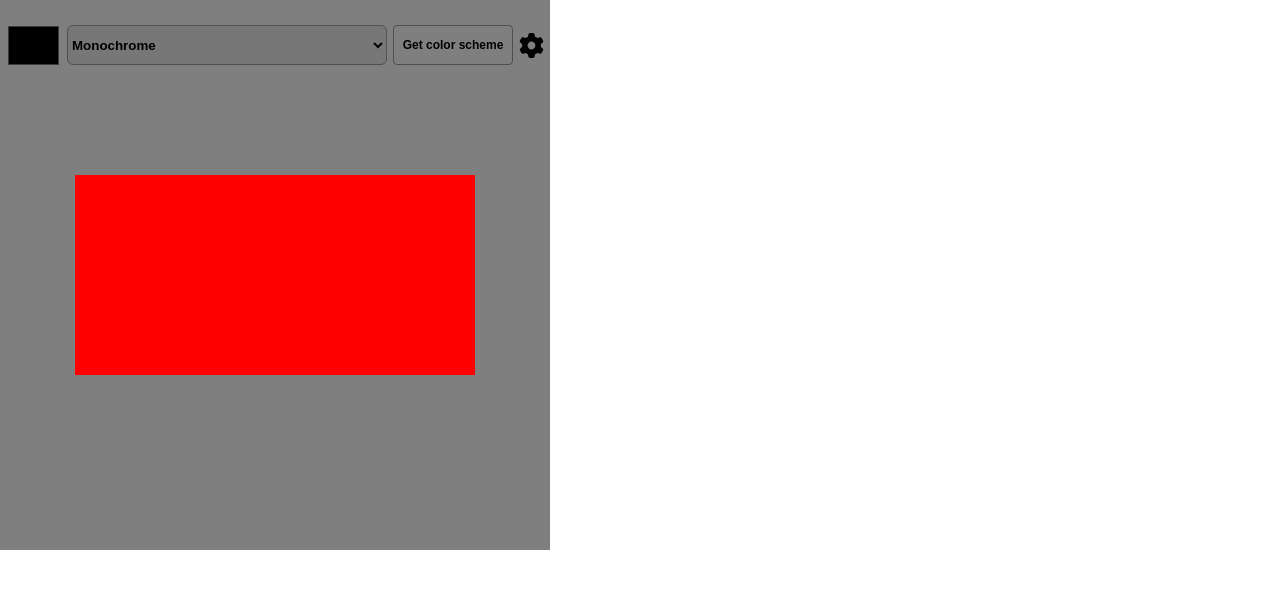
Repository: RadziSzop/colorPicker
Page: index.html
These files come from the project's save history. The page is drawn as it stood at one moment and after the next save; the edit follows.
The browser window is 1280 px wide. The pictures show the whole page.

Above is the page before, as saved 2022-03-04 23:00:02.

### index.html
<!DOCTYPE html>
<html lang="en">
  <head>
    <meta charset="UTF-8" />
    <meta http-equiv="X-UA-Compatible" content="IE=edge" />
    <meta name="viewport" content="width=device-width, initial-scale=1.0" />
    <link rel="stylesheet" href="style.css" />
    <link rel="preconnect" href="https://fonts.googleapis.com" />
    <link rel="preconnect" href="https://fonts.gstatic.com" crossorigin />
    <link
      href="https://fonts.googleapis.com/css2?family=Roboto:wght@400;700&display=swap"
      rel="stylesheet"
    />
    <title>Document</title>
  </head>
  <body>
    <!-- <p id="test">ok</p> -->
    <div class="container">
      <div class="modal">
        <div class="settings"></div>
      </div>
      <div class="main">
        <input type="color" id="color-picker" />
        <select id="menu">
          <option value="Monochrome">Monochrome</option>
          <option value="Monochrome-dark">Monochrome-dark</option>
          <option value="Monochrome-light">Monochrome-light</option>
          <option value="Analogic">Analogic</option>
          <option value="Complement">Complement</option>
          <option value="Analogic-complement">Analogic-complement</option>
          <option value="Triad">Triad</option>
        </select>
        <button id="submit-button">Get color scheme</button>
        <!-- <button id="settings-button">Settings</button> -->
        <div class="gear">
          <img src="images/gear-solid.svg" alt="" />
        </div>
      </div>
      <div class="colors">
        <div class="colorBox" id="color1"></div>
        <div class="colorBox" id="color2"></div>
        <div class="colorBox" id="color3"></div>
        <div class="colorBox" id="color4"></div>
        <div class="colorBox" id="color5"></div>
      </div>
      <div class="color_values">
        <div class="valueBox"><p id="value1"></p></div>
        <div class="valueBox"><p id="value2"></p></div>
        <div class="valueBox"><p id="value3"></p></div>
        <div class="valueBox"><p id="value4"></p></div>
        <div class="valueBox"><p id="value5"></p></div>
      </div>
    </div>

    <script src="main.js"></script>
  </body>
</html>

### style.css
* {
  box-sizing: border-box;
}
img {
  height: 100%;
  width: 100%;
}

html {
  font-family: "Roboto", sans-serif;
}
html,
body {
  margin: 0;
  padding: 0;
}
select {
  width: 320px;
  height: 40px;
  border-radius: 6px;
  font-weight: 700;
  border: 1px rgb(160, 160, 160) solid;
}
button {
  width: 120px;
  height: 40px;
  font-size: 12px;
  background-color: white;
  border: 1px rgb(160, 160, 160) solid;
  border-radius: 4px;
  font-weight: 700;
  cursor: pointer;
  transition: transform 0.2s;
}
.buttonClick {
  transform: scale(1.1);
}
option {
  padding-top: 5px;
}
.container {
  width: 550px;
  height: 550px;
  display: flex;
  flex-direction: column;
}
.main {
  height: 90px;
  width: 100%;
  background-color: rgb(255, 255, 255);
  display: flex;
  justify-content: space-evenly;
  align-items: center;
}
.gear {
  height: 25px;
  width: 25px;
}

.colors {
  height: 415px;
  display: flex;
}
.colorBox {
  width: 20%;
  height: 100%;
  background-color: rgb(255, 255, 255);
  transition: background 1s;
  /* border: 1px black solid; */
}
.color_values {
  height: 45px;
  display: flex;
  /* background-color: gray; */
}
.valueBox {
  height: 100%;
  width: 20%;
  /* border: 1px solid black; */
  display: flex;
  justify-content: center;
  align-items: center;
  font-weight: 700;
}
#color-picker {
  padding: 0;
  margin: 0;
  height: 47px;
  width: 55px;
  border: none;
  outline: none;
  -webkit-appearance: none;
  background-color: white;
}

/* modal */

.modal {
  display: flex;
  justify-content: center;
  align-items: center;
  position: fixed;
  height: 550px;
  width: 550px;
  background-color: rgba(0, 0, 0, 0.5);
}

.settings {
  height: 200px;
  width: 400px;
  background-color: red;
}

### main.js
let colorEl1 = document.querySelector("#color1")
let colorEl2 = document.querySelector("#color2")
let colorEl3 = document.querySelector("#color3")
let colorEl4 = document.querySelector("#color4")
let colorEl5 = document.querySelector("#color5")
let valueEl1 = document.querySelector("#value1")
let valueEl2 = document.querySelector("#value2")
let valueEl3 = document.querySelector("#value3")
let valueEl4 = document.querySelector("#value4")
let valueEl5 = document.querySelector("#value5")
let submitBtnEl = document.querySelector("#submit-button")
let settingsBtnEl = document.querySelector("#settings-button")
let colorPicerEl = document.querySelector("#color-picker")
let menuEl = document.querySelector("#menu")

let testEl = document.querySelector("#test")
let apiData
//     chrome.storage.sync.get('foo', function(items) {
//         testEl.textContent =  JSON.stringify(items);
//       });



submitBtnEl.addEventListener("click", getingColors)

function getingColors(){
    let color = colorPicerEl.value.slice(1)
    let type = menuEl.value.toLowerCase()

    // chrome.storage.sync.set({'foo': color}, function() {
    //     console.log('Settings saved');
    //   });

    fetch(`https://www.thecolorapi.com/scheme?hex=${color}&mode=${type}`)
    .then(response => response.json())
    .then(json => {
        apiData = json

        colorEl1.style.backgroundColor = apiData.colors[0].rgb.value
        colorEl2.style.backgroundColor = apiData.colors[1].rgb.value
        colorEl3.style.backgroundColor = apiData.colors[2].rgb.value
        colorEl4.style.backgroundColor = apiData.colors[3].rgb.value
        colorEl5.style.backgroundColor = apiData.colors[4].rgb.value

        valueEl1.textContent = apiData.colors[0].hex.clean
        valueEl2.textContent = apiData.colors[1].hex.clean
        valueEl3.textContent = apiData.colors[2].hex.clean
        valueEl4.textContent = apiData.colors[3].hex.clean
        valueEl5.textContent = apiData.colors[4].hex.clean
    })
}

After the next save:
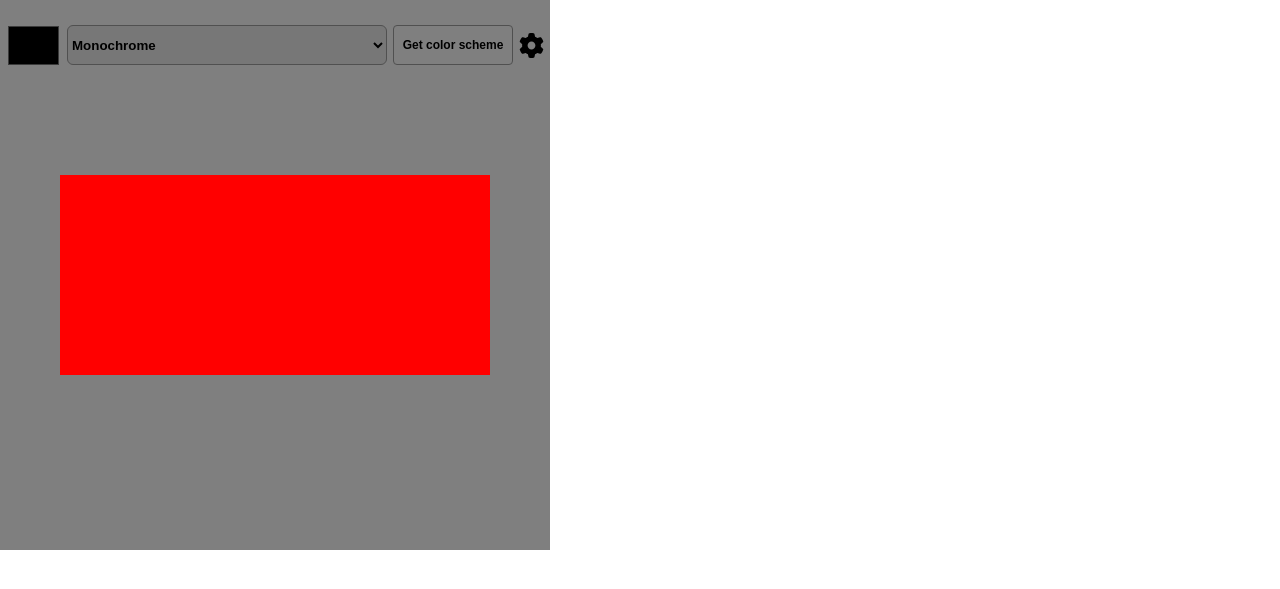
Saved 9 s later.
--- a/style.css
+++ b/style.css
@@ -107,6 +107,6 @@
 
 .settings {
   height: 200px;
-  width: 400px;
+  width: 430px;
   background-color: red;
 }
